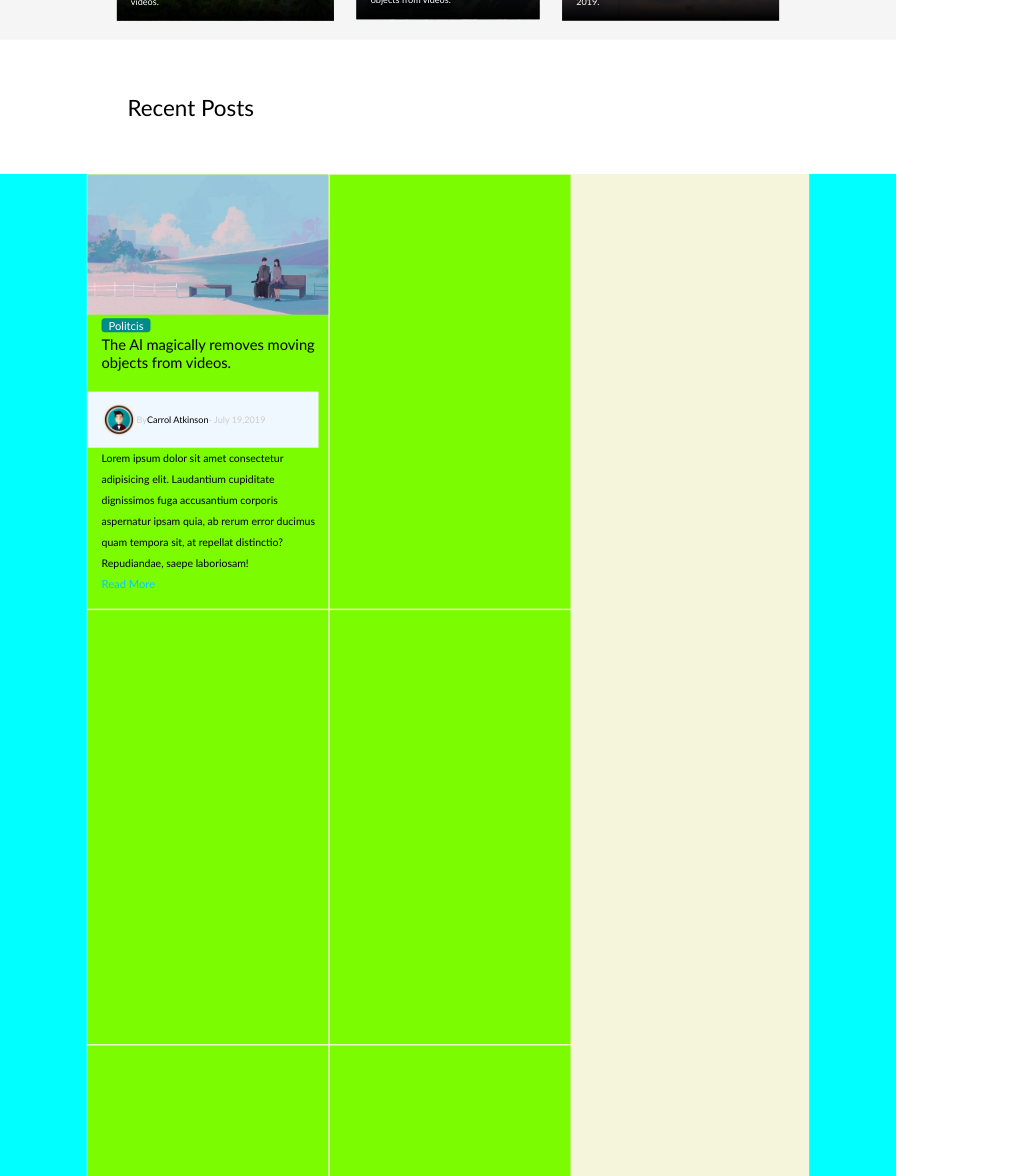
Repository: giacatdat2k5/html3
Page: html3.vs/7.1.html
An editor plug-in stored every save of this project. The page is shown before and after the next save, followed by the edit.
The browser window is 1280 px wide. The page is 1462 px wide, so the pictures cover 1462 px, including what lies to the right of the window. The pictures show the part of the page from y = 421 to 2101 px (the page is 3779 px tall before and 3814 px after), at 70% of full size.

Above is the page before, as saved 2023-09-27 15:45:13.

After the next save:
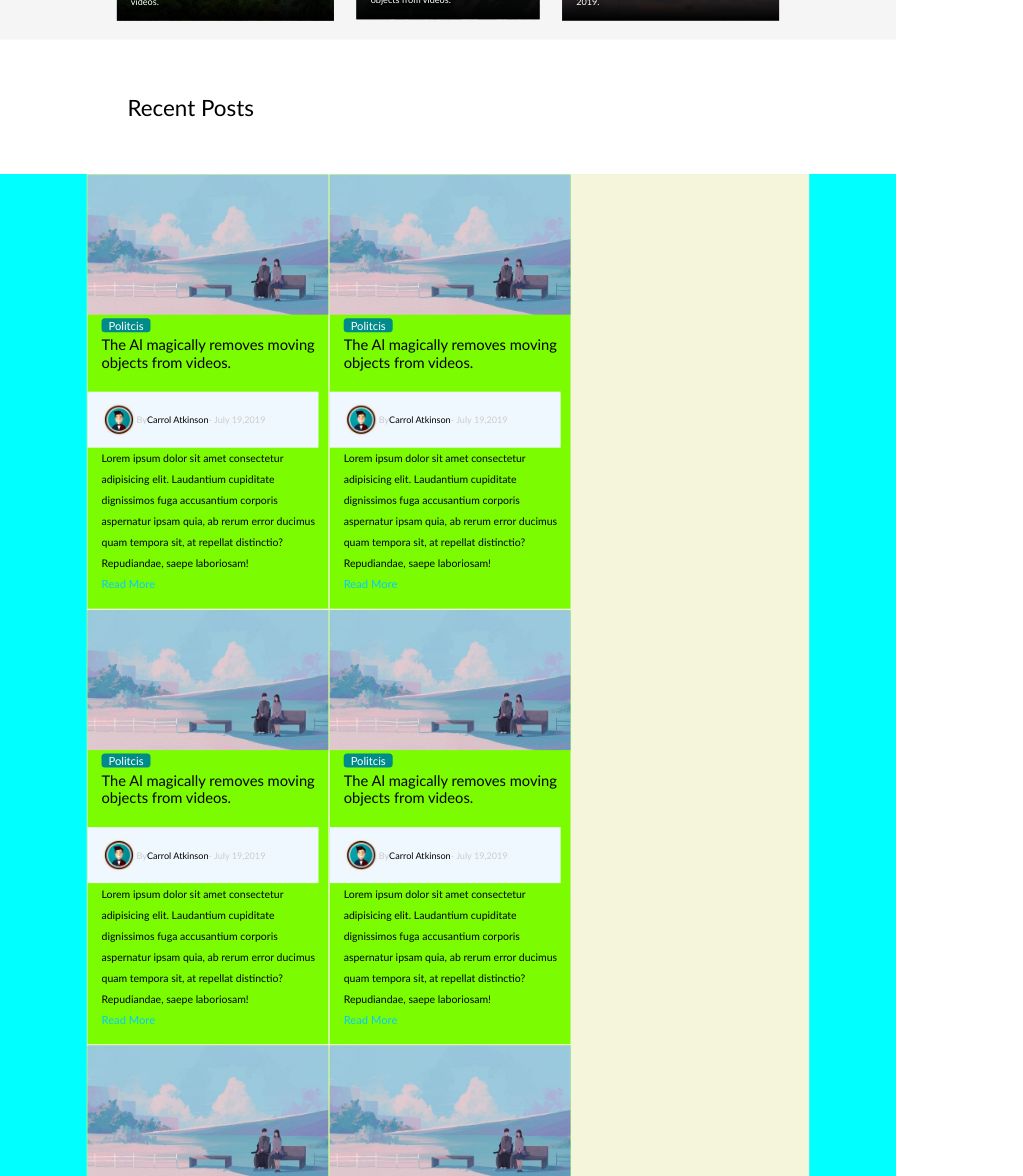
Saved 54 s later.
--- a/html3.vs/7.1.html
+++ b/html3.vs/7.1.html
@@ -74,14 +74,126 @@
                 <div class="lorem">Lorem ipsum dolor sit amet consectetur adipisicing elit. Laudantium cupiditate dignissimos fuga accusantium corporis aspernatur ipsam quia, ab rerum error ducimus quam tempora sit, at repellat distinctio? Repudiandae, saepe laboriosam!</div>
                 <div class="read"> Read More</div>
             </div>
-            <div class="ccitems"></div>
-            <div class="ccitems"></div>
-            <div class="ccitems"></div>
-            <div class="ccitems"></div>
-            <div class="ccitems"></div>
-            <div class="ccitems"></div>
-            <div class="ccitems"></div>
-            <div class="ccitems"></div>
+            <div class="ccitems"><div class="picture"></div>
+            <div class="tag">
+                <div class="tagitem">Politcis</div>
+            </div>
+            <div class="text">The Al magically removes moving objects from videos.</div>
+            <div class="author">
+            <div class="avt"></div>
+            <div class="name">
+                <span class="c">By</span>
+                Carrol Atkinson
+                <span class="c">- July 19,2019</span>
+            </div>
+            </div>
+            <div class="lorem">Lorem ipsum dolor sit amet consectetur adipisicing elit. Laudantium cupiditate dignissimos fuga accusantium corporis aspernatur ipsam quia, ab rerum error ducimus quam tempora sit, at repellat distinctio? Repudiandae, saepe laboriosam!</div>
+            <div class="read"> Read More</div></div>
+            <div class="ccitems"><div class="picture"></div>
+            <div class="tag">
+                <div class="tagitem">Politcis</div>
+            </div>
+            <div class="text">The Al magically removes moving objects from videos.</div>
+            <div class="author">
+            <div class="avt"></div>
+            <div class="name">
+                <span class="c">By</span>
+                Carrol Atkinson
+                <span class="c">- July 19,2019</span>
+            </div>
+            </div>
+            <div class="lorem">Lorem ipsum dolor sit amet consectetur adipisicing elit. Laudantium cupiditate dignissimos fuga accusantium corporis aspernatur ipsam quia, ab rerum error ducimus quam tempora sit, at repellat distinctio? Repudiandae, saepe laboriosam!</div>
+            <div class="read"> Read More</div></div>
+            <div class="ccitems"><div class="picture"></div>
+            <div class="tag">
+                <div class="tagitem">Politcis</div>
+            </div>
+            <div class="text">The Al magically removes moving objects from videos.</div>
+            <div class="author">
+            <div class="avt"></div>
+            <div class="name">
+                <span class="c">By</span>
+                Carrol Atkinson
+                <span class="c">- July 19,2019</span>
+            </div>
+            </div>
+            <div class="lorem">Lorem ipsum dolor sit amet consectetur adipisicing elit. Laudantium cupiditate dignissimos fuga accusantium corporis aspernatur ipsam quia, ab rerum error ducimus quam tempora sit, at repellat distinctio? Repudiandae, saepe laboriosam!</div>
+            <div class="read"> Read More</div></div>
+            <div class="ccitems"><div class="picture"></div>
+            <div class="tag">
+                <div class="tagitem">Politcis</div>
+            </div>
+            <div class="text">The Al magically removes moving objects from videos.</div>
+            <div class="author">
+            <div class="avt"></div>
+            <div class="name">
+                <span class="c">By</span>
+                Carrol Atkinson
+                <span class="c">- July 19,2019</span>
+            </div>
+            </div>
+            <div class="lorem">Lorem ipsum dolor sit amet consectetur adipisicing elit. Laudantium cupiditate dignissimos fuga accusantium corporis aspernatur ipsam quia, ab rerum error ducimus quam tempora sit, at repellat distinctio? Repudiandae, saepe laboriosam!</div>
+            <div class="read"> Read More</div></div>
+            <div class="ccitems"><div class="picture"></div>
+            <div class="tag">
+                <div class="tagitem">Politcis</div>
+            </div>
+            <div class="text">The Al magically removes moving objects from videos.</div>
+            <div class="author">
+            <div class="avt"></div>
+            <div class="name">
+                <span class="c">By</span>
+                Carrol Atkinson
+                <span class="c">- July 19,2019</span>
+            </div>
+            </div>
+            <div class="lorem">Lorem ipsum dolor sit amet consectetur adipisicing elit. Laudantium cupiditate dignissimos fuga accusantium corporis aspernatur ipsam quia, ab rerum error ducimus quam tempora sit, at repellat distinctio? Repudiandae, saepe laboriosam!</div>
+            <div class="read"> Read More</div></div>
+            <div class="ccitems"><div class="picture"></div>
+            <div class="tag">
+                <div class="tagitem">Politcis</div>
+            </div>
+            <div class="text">The Al magically removes moving objects from videos.</div>
+            <div class="author">
+            <div class="avt"></div>
+            <div class="name">
+                <span class="c">By</span>
+                Carrol Atkinson
+                <span class="c">- July 19,2019</span>
+            </div>
+            </div>
+            <div class="lorem">Lorem ipsum dolor sit amet consectetur adipisicing elit. Laudantium cupiditate dignissimos fuga accusantium corporis aspernatur ipsam quia, ab rerum error ducimus quam tempora sit, at repellat distinctio? Repudiandae, saepe laboriosam!</div>
+            <div class="read"> Read More</div></div>
+            <div class="ccitems"><div class="picture"></div>
+            <div class="tag">
+                <div class="tagitem">Politcis</div>
+            </div>
+            <div class="text">The Al magically removes moving objects from videos.</div>
+            <div class="author">
+            <div class="avt"></div>
+            <div class="name">
+                <span class="c">By</span>
+                Carrol Atkinson
+                <span class="c">- July 19,2019</span>
+            </div>
+            </div>
+            <div class="lorem">Lorem ipsum dolor sit amet consectetur adipisicing elit. Laudantium cupiditate dignissimos fuga accusantium corporis aspernatur ipsam quia, ab rerum error ducimus quam tempora sit, at repellat distinctio? Repudiandae, saepe laboriosam!</div>
+            <div class="read"> Read More</div></div>
+            <div class="ccitems"><div class="picture"></div>
+            <div class="tag">
+                <div class="tagitem">Politcis</div>
+            </div>
+            <div class="text">The Al magically removes moving objects from videos.</div>
+            <div class="author">
+            <div class="avt"></div>
+            <div class="name">
+                <span class="c">By</span>
+                Carrol Atkinson
+                <span class="c">- July 19,2019</span>
+            </div>
+            </div>
+            <div class="lorem">Lorem ipsum dolor sit amet consectetur adipisicing elit. Laudantium cupiditate dignissimos fuga accusantium corporis aspernatur ipsam quia, ab rerum error ducimus quam tempora sit, at repellat distinctio? Repudiandae, saepe laboriosam!</div>
+            <div class="read"> Read More</div></div>
         </div>
     </div>
 </body>
